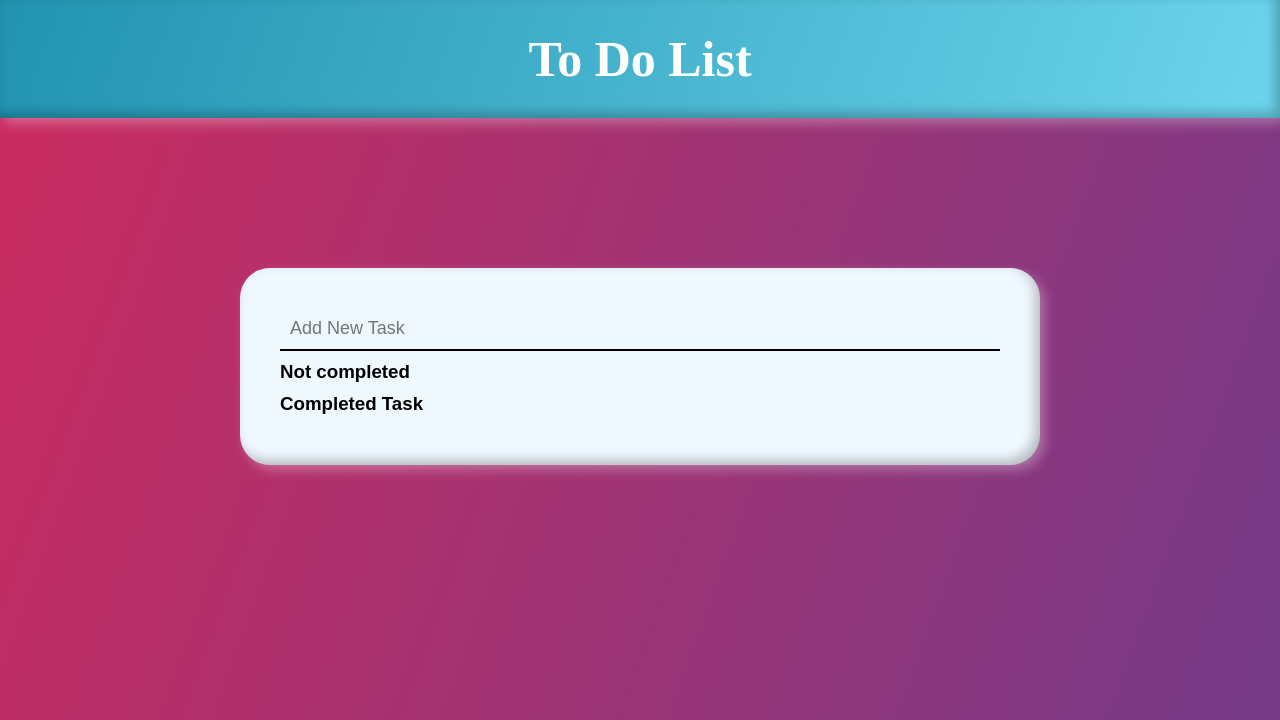
Repository: Mayur2905/OIBSIP
Page: Task-6/index.html
These files come from the project's save history. The page is drawn as it stood at one moment and after the next save; the edit follows.
The browser window is 1280 px wide. The pictures show the whole page.

Above is the page before, as saved 2022-02-05 22:08:34.

### Task-6/index.html
<!DOCTYPE html>
<html lang="en">
<head>
    <meta charset="UTF-8">
    <meta http-equiv="X-UA-Compatible" content="IE=edge">
    <meta name="viewport" content="width=device-width, initial-scale=1.0">
    <link rel="stylesheet" href="style.css">
    <link rel="stylesheet" href="https://cdnjs.cloudflare.com/ajax/libs/font-awesome/5.15.1/css/all.css">
    <script src="https://ajax.googleapis.com/ajax/libs/jquery/3.5.1/jquery.min.js"></script>
    <title>To Do List</title>
</head>
<body>
    <h1>To Do List</h1>
    <div class="container">
        <div class="todo">
            <input type="text" class="textb" placeholder="Add New Task">
            <div class="notdone">
                <h3>Not completed</h3>

            </div>
            <div class="complete">
                <h3>Completed Task</h3>

            </div>
        </div>
    </div>
    <script rel="text.javascript" src="script.js"></script>
</body>
</html>

### Task-6/style.css
* {
  margin: 0;
  padding: 0;
  font-family: "montserrat", Arial, Helvetica, sans-serif;
  box-sizing: border-box;
}
body {
  background-image: linear-gradient(110deg, #cc2b5e, #753a88);
  min-height: 100vh;
}

h1 {
  background-image: linear-gradient(110deg, #2193b0, #6dd5ed);
  padding: 30px;
  font-size: 50px;
  font-weight: 300px;
  text-align: center;
  font-family: "Times New Roman", Times, serif;
  color: white;
  box-shadow: inset -5px -5px 12px rgba(0, 0, 0, 0.25),
    5px 5px 12px rgba(255, 255, 255, 0.3);
}

.todo {
  padding: 30px;
}

.container {
  max-width: 800px;
  margin: auto;
  padding: 10px;
  margin-top: 150px;
  background-color: aliceblue;
  border-radius: 30px;
  box-shadow: inset -5px -5px 12px rgba(0, 0, 0, 0.25),
    5px 5px 12px rgba(255, 255, 255, 0.3);
}
.textb {
  width: 100%;
  border: none;
  border-bottom: 2px solid #000;
  background: none;
  padding: 10px;
  outline: none;
  font-size: 18px;
}
.textb1 {
  width: 100%;
  border: none;
  border-bottom: 2px solid #000;
  background: none;
  padding: 10px;
  outline: none;
  font-size: 18px;
}

h3 {
  margin: 10px 0;
}
.task {
  width: 100%;
  background: rgba(255, 255, 255, 0.5);
  padding: 8px;
  margin: 8px 0;
  overflow: hidden;
}
.task i {
  float: right;
  margin-left: 20px;
  cursor: pointer;
  padding-left: 10px;
}
.complete .task {
  background: rgba(0, 0, 0, 0.5);
  color: #ffff;
}

.fa-trash-alt {
  color: red;
}
.fa-check {
  color: green;
}

### Task-6/script.js
$(".textb").on("keyup",function(e){
    if(e.keyCode == 13 && $(".textb").val() != "")
    {
        var task =$("<div class='task'></div>").text($(".textb").val());
        var del =$("<i class='fas fa-trash-alt'></i>").click(function(){
            var p = $(this).parent();
            p.fadeOut(function(){
                p.remove();
            });
        });
        var tick =$("<i class='fas fa-check'></i>").click(function(){
            var p =$(this).parent();
            p.fadeOut(function(){
                $(".complete").append(p);
                p.fadeIn();
            });
            $(this).remove();
        });
        task.append(del,tick);
        $(".notdone").append(task);
        $(".texttb").val("");
    }
});

After the next save:
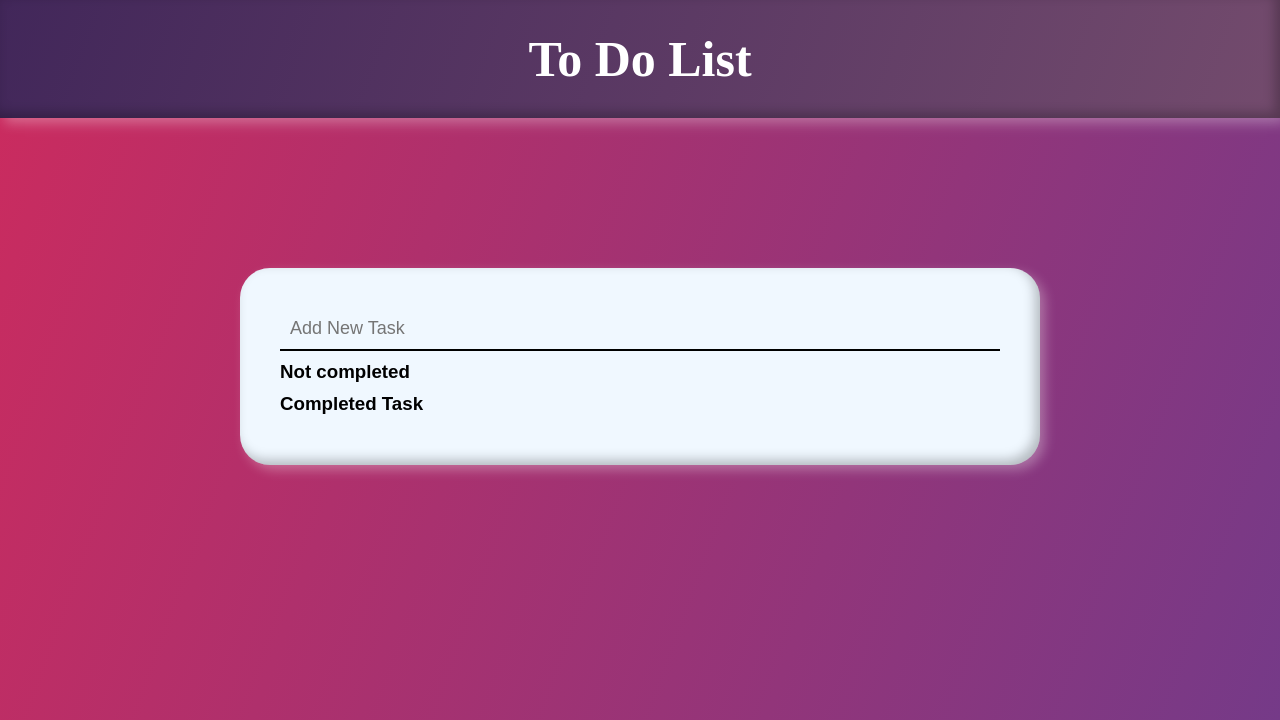
Saved 35 s later.
--- a/Task-6/style.css
+++ b/Task-6/style.css
@@ -10,7 +10,7 @@ body {
 }
 
 h1 {
-  background-image: linear-gradient(110deg, #2193b0, #6dd5ed);
+  background-image: linear-gradient(110deg, #42275a, #734b6d);
   padding: 30px;
   font-size: 50px;
   font-weight: 300px;
